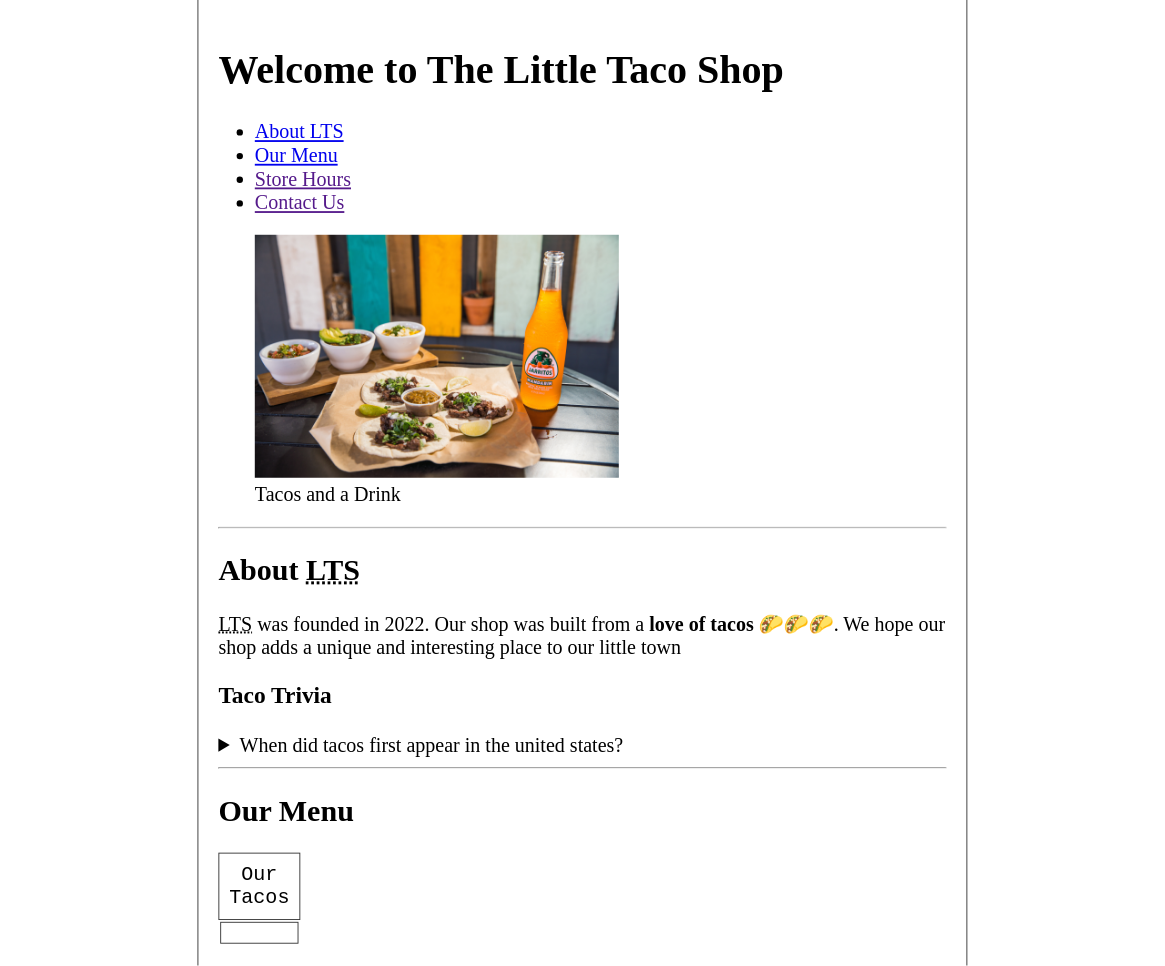
Repository: Israa-Odeh/html-basics-project
Page: index.html
The author's editor kept a copy of each file at every save. The page is drawn from the files as they stood at one save, then again after a run of saves.
The browser window is 1280 px wide. The pictures show the whole page, at 91% of full size.

Above is the page before, as saved 2024-08-20 02:03:08.

After the next 2 saves:
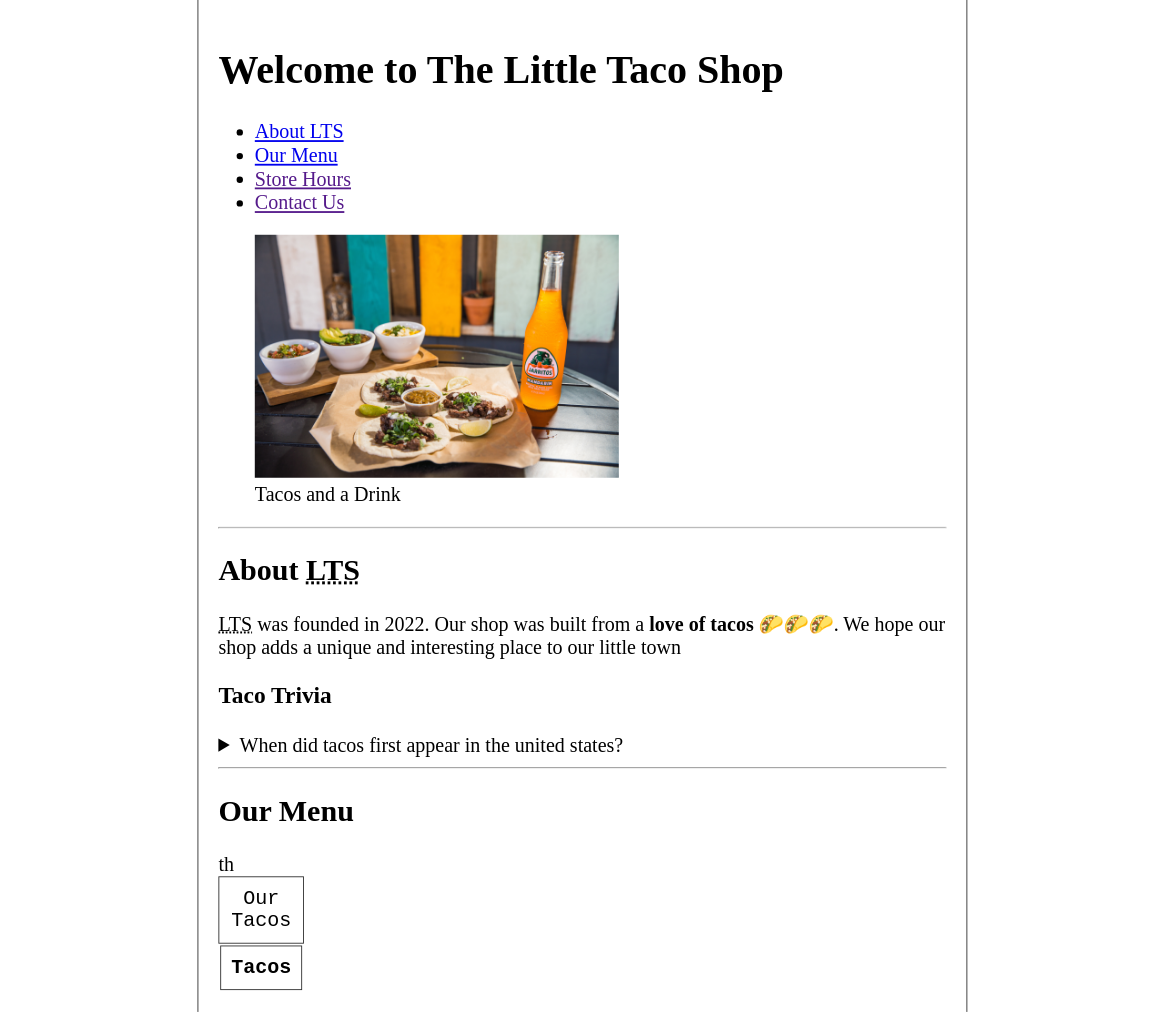
The 2 saves are shown as one change because they came seconds apart.
The last was saved 9 s later.
--- a/index.html
+++ b/index.html
@@ -66,7 +66,8 @@
             <table>
                 <caption>Our Tacos</caption>
                 <thead>
-                    <th></th>
+                    <th>Tacos</th>
+                    th
 
                 </thead>
 
